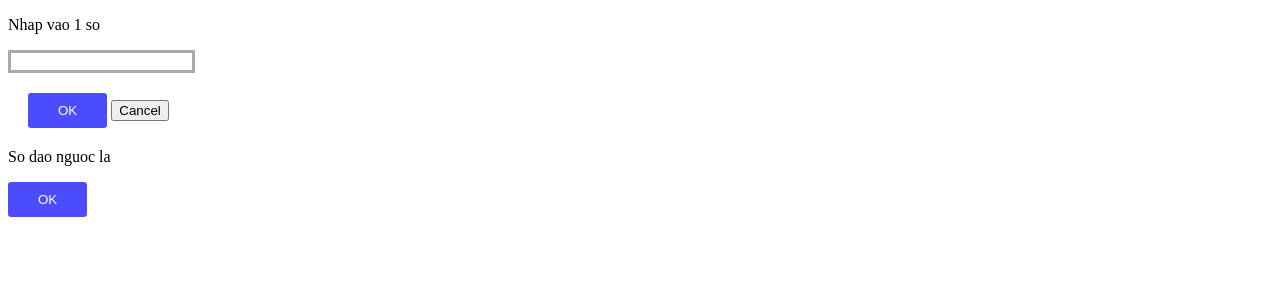
Repository: lhggiang/Sodaonguoc
Page: index.html
These files come from the project's save history. The page is drawn as it stood at one moment and after the next save; the edit follows.
The browser window is 1280 px wide. The pictures show the whole page.

Above is the page before, as saved 2023-05-19 06:58:36.

After the next save:
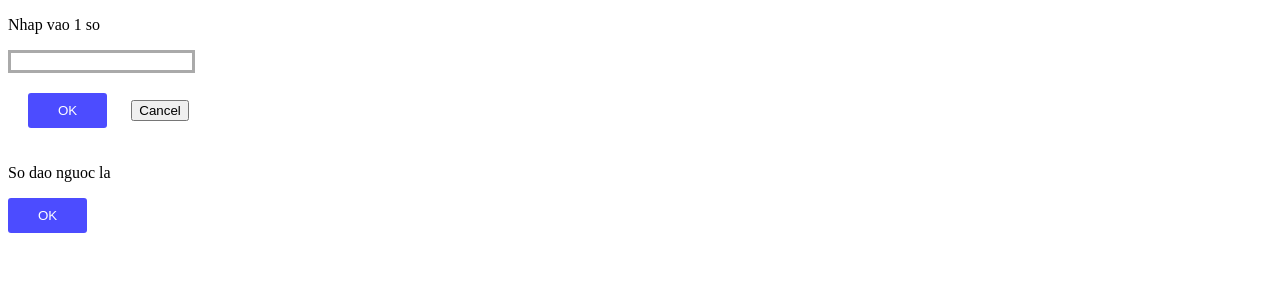
Saved 57 s later.
--- a/index.html
+++ b/index.html
@@ -13,8 +13,8 @@
     <div class="sodaonguoc">
         <p>Nhap vao 1 so</p>
         <input type="number" id="num">
-        <div class="btn">
-            <button id="yes" class="ok">OK</button>
+        <div class="button">
+            <button id="yes" class="ok btn">OK</button>
             <button>Cancel</button>
         </div>
         <p>So dao nguoc la <span id="result"></span></p>
